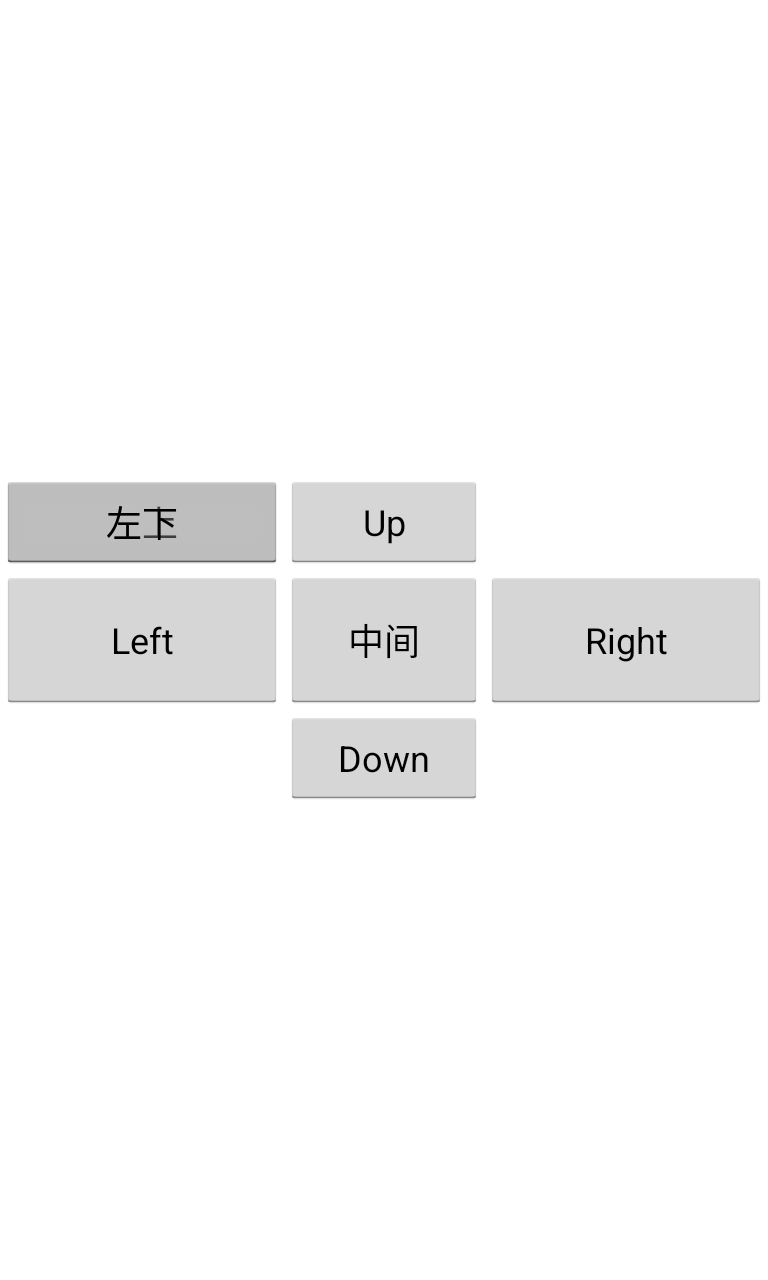
Repository: IvyZh/hm66
Layout: 黑马项目/res/layout/activity_relativelayout.xml
The author's editor kept a copy of each file at every save. The layout is drawn from the files as they stood at one save, then again after the next save.
It is drawn on a 768 x 1280 px phone screen (xhdpi) without system bars, with theme AppTheme; the app's code is not run.

Above is the layout before, as saved 2016-05-17 17:24:25.

After the next save:
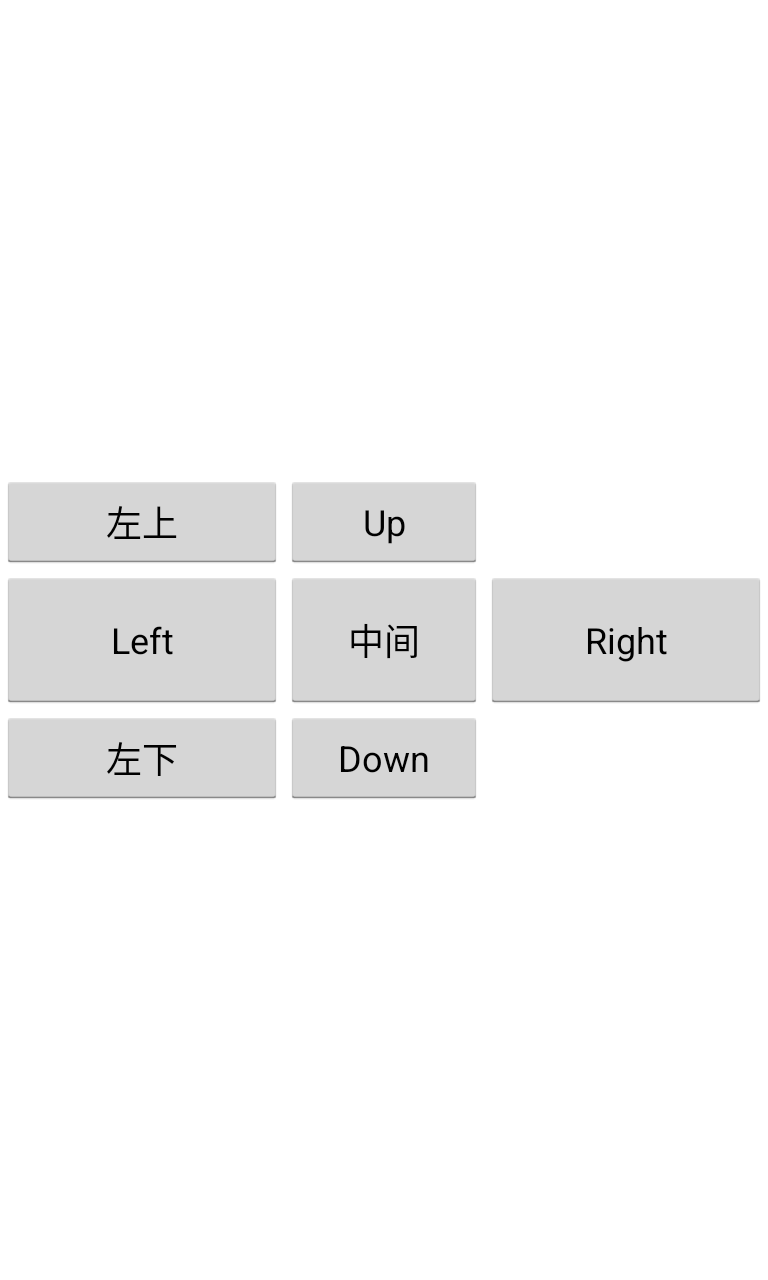
Saved 6 s later.
--- a/黑马项目/res/layout/activity_relativelayout.xml
+++ b/黑马项目/res/layout/activity_relativelayout.xml
@@ -60,7 +60,7 @@
         android:layout_height="wrap_content"
         android:layout_toLeftOf="@id/bt_center"
         android:layout_alignParentLeft="true"
-        android:layout_above="@id/bt_center"
+        android:layout_below="@id/bt_center"
         android:text="左下" />
 
 </RelativeLayout>
